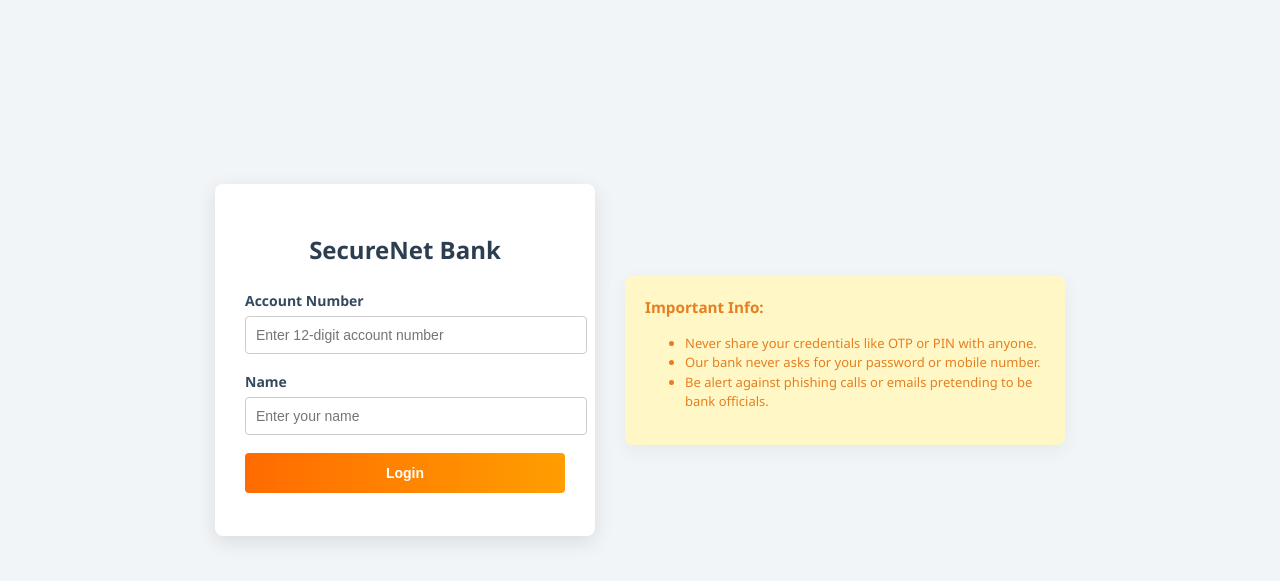
Repository: atharvthonge/Bank-Management-System
Page: http://localhost/login
The author's editor kept a copy of each file at every save. The page is drawn from the files as they stood at one save, then again after the next save.
The browser window is 1280 px wide. The pictures show the whole page.
The page is this project's Thymeleaf template; nobody is signed in. The template is opened directly, without the code that normally fills it, so the values that code supplies are empty.

Above is the page before, as saved 2025-08-22 11:31:53.

After the next save:
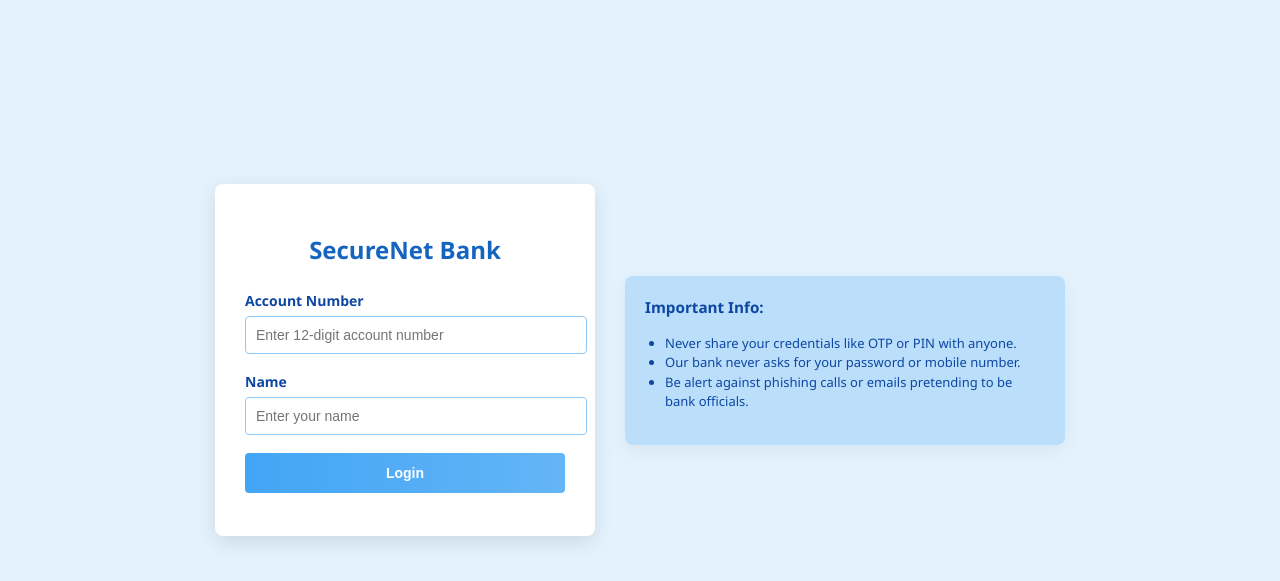
Saved 4 min 59 s later.
--- a/com.securenetbank/src/main/resources/templates/login.html
+++ b/com.securenetbank/src/main/resources/templates/login.html
@@ -6,7 +6,7 @@
         body {
             margin: 0;
             font-family: 'Segoe UI', Tahoma, Geneva, Verdana, sans-serif;
-            background-color: #f2f5f7; /* light gray background */
+            background-color: #e3f2fd; /* soft light blue */
         }
 
         .container {
@@ -18,7 +18,7 @@
         }
 
         .login-box {
-            background-color: #ffffff;
+            background-color: #ffffff; /* keeps login box white for clarity */
             width: 320px;
             padding: 30px;
             border-radius: 8px;
@@ -28,14 +28,14 @@
         .login-box h2 {
             text-align: center;
             margin-bottom: 25px;
-            color: #2c3e50;
+            color: #1565c0; /* matching blue tone */
         }
 
         .login-box label {
             display: block;
             margin-bottom: 6px;
             font-weight: 600;
-            color: #34495e;
+            color: #0d47a1;
             font-size: 14px;
         }
 
@@ -43,7 +43,7 @@
             width: 100%;
             padding: 10px;
             margin-bottom: 18px;
-            border: 1px solid #ccc;
+            border: 1px solid #90caf9; /* soft blue border */
             border-radius: 4px;
             font-size: 14px;
         }
@@ -51,7 +51,7 @@
         .login-box button {
             width: 100%;
             padding: 12px;
-            background: linear-gradient(to right, #ff6b00, #ff9e00);
+            background: linear-gradient(to right, #42a5f5, #64b5f6);
             border: none;
             color: white;
             font-weight: bold;
@@ -65,24 +65,28 @@
         }
 
         .login-box p.error {
-            color: #e74c3c;
+            color: #e53935;
             text-align: center;
             font-size: 13px;
         }
 
         .info-box {
-            background-color: #fff8c6; /* light yellow */
+            background-color: #bbdefb; /* soft complementary blue */
             padding: 20px;
             width: 400px;
             border-radius: 8px;
             box-shadow: 0 6px 20px rgba(0,0,0,0.05);
-            color: #e67e22; /* orange text */
+            color: #0d47a1; /* dark blue text */
             font-size: 13px;
             line-height: 1.5;
         }
 
         .info-box h3 {
             margin-top: 0;
+        }
+
+        .info-box ul {
+            padding-left: 20px;
         }
     </style>
 </head>
